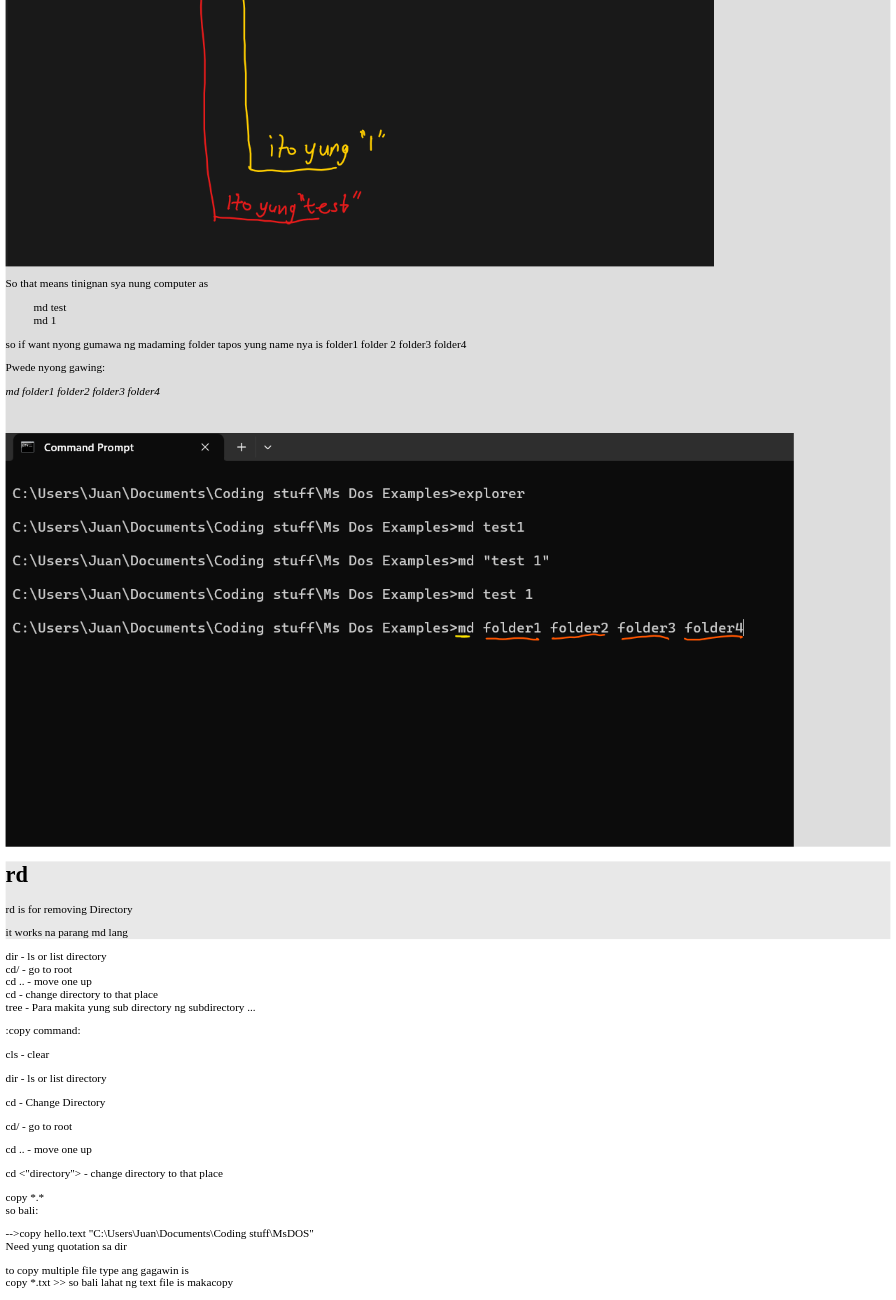
Repository: zwainer/Comprog
Page: index.html
An editor plug-in stored every save of this project. The page is shown before and after a run of saves, followed by the edit.
The browser window is 1280 px wide. The pictures show the part of the page from y = 3762 to 5682 px (the page is 5619 px tall before and 5682 px after), at 70% of full size.

Above is the page before, as saved 2023-05-06 00:36:15.

After the next 4 saves:
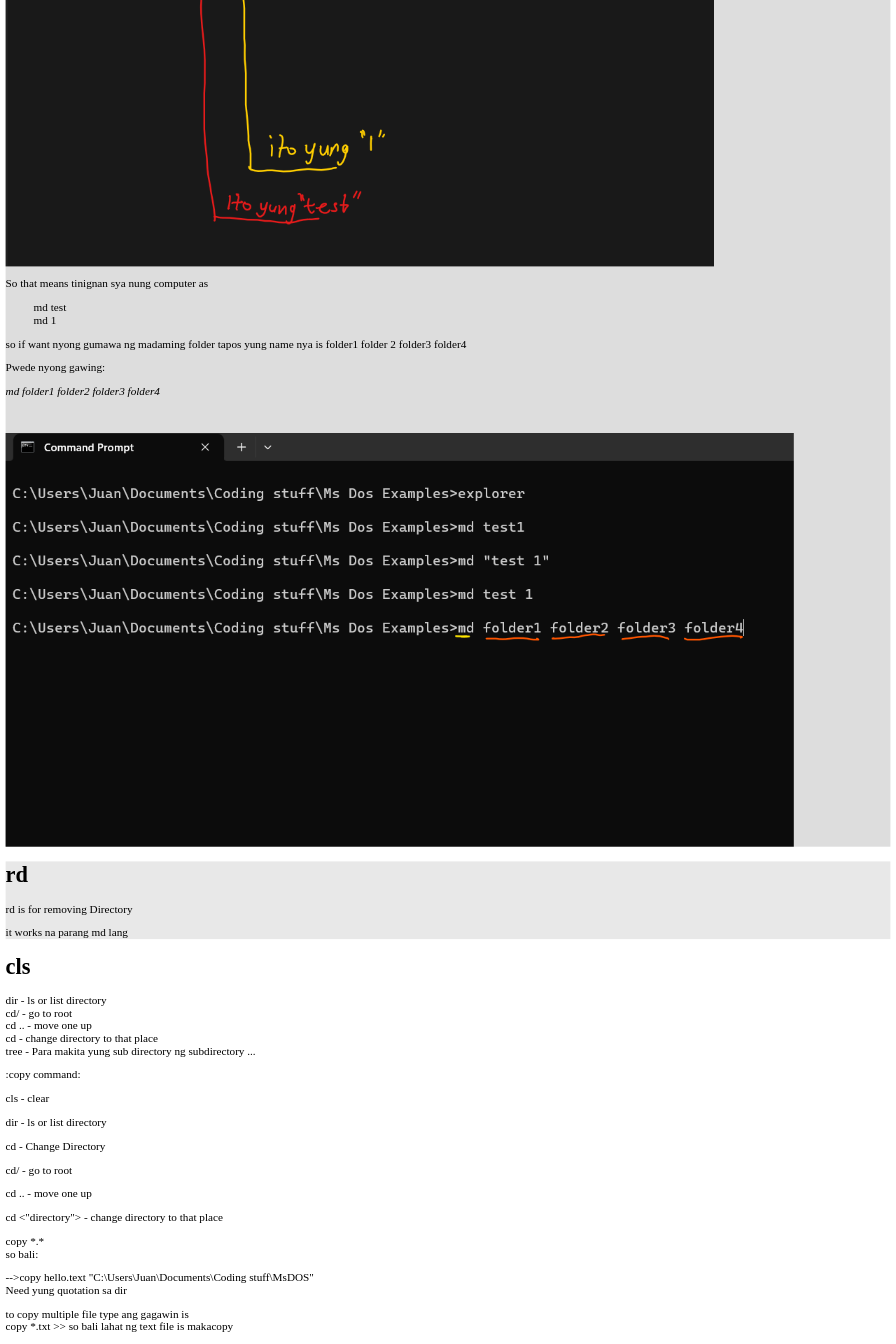
The 4 saves are shown as one change because they came seconds apart.
The last was saved 10 s later.
--- a/index.html
+++ b/index.html
@@ -108,7 +108,7 @@
 
 	<!-- clear ng cmd para di makalat -->
 	<div class="cls">
-		<p></p>
+		<h1>cls</h1>
 	</div>
 
 	<!-- Show the directory -->
